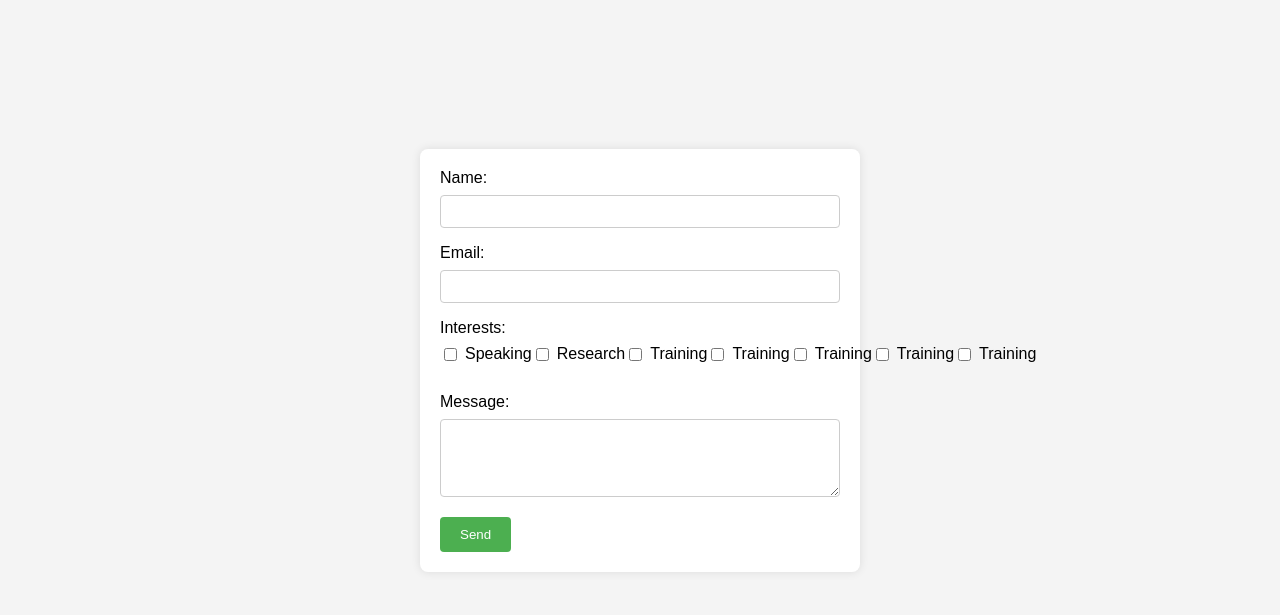
Repository: Ceasor7/Karin
Page: test.html
An editor plug-in stored every save of this project. The page is shown before and after the next save, followed by the edit.
The browser window is 1280 px wide. The pictures show the whole page.

Above is the page before, as saved 2023-12-16 00:40:55.

### test.html
<!DOCTYPE html>
<html lang="en">

<head>
    <meta charset="UTF-8">
    <meta name="viewport" content="width=device-width, initial-scale=1.0">
    <title>Contact Form</title>
    <style>
        body {
            font-family: Arial, sans-serif;
            background-color: #f4f4f4;
            margin: 0;
            padding: 0;
            display: flex;
            justify-content: center;
            align-items: center;
            height: 100vh;
        }

        form {
            background-color: #fff;
            padding: 20px;
            border-radius: 8px;
            box-shadow: 0 0 10px rgba(0, 0, 0, 0.1);
            width: 400px;
            max-width: 100%;
        }

        label {
            display: block;
            margin-bottom: 8px;
        }

        input,
        textarea {
            width: 100%;
            padding: 8px;
            margin-bottom: 16px;
            box-sizing: border-box;
            border: 1px solid #ccc;
            border-radius: 4px;
        }

        /* Align checkboxes horizontally */
        .checkbox-group {
            display: flex;
            margin-bottom: 16px;
        }

        input[type="checkbox"] {
            margin-right: 8px;
        }

        button {
            background-color: #4caf50;
            color: #fff;
            padding: 10px 20px;
            border: none;
            border-radius: 4px;
            cursor: pointer;
        }

        button:hover {
            background-color: #45a049;
        }
    </style>
</head>

<body>

    <form action="#" method="post">
        <label for="name">Name:</label>
        <input type="text" id="name" name="name" required>

        <label for="email">Email:</label>
        <input type="email" id="email" name="email" required>

        <label>Interests:</label>
        <div class="checkbox-group">
            <input type="checkbox" id="speaking" name="interests[]" value="speaking">
            <label for="speaking">Speaking</label>

            <input type="checkbox" id="research" name="interests[]" value="research">
            <label for="research">Research</label>

            <input type="checkbox" id="training" name="interests[]" value="training">
            <label for="training">Training</label>
            <br>

            <input type="checkbox" id="training" name="interests[]" value="training">
            <label for="training">Training</label>

            <input type="checkbox" id="training" name="interests[]" value="training">
            <label for="training">Training</label>

            <input type="checkbox" id="training" name="interests[]" value="training">
            <label for="training">Training</label>

            <input type="checkbox" id="training" name="interests[]" value="training">
            <label for="training">Training</label>
        </div>

        <label for="message">Message:</label>
        <textarea id="message" name="message" rows="4" required></textarea>

        <button type="submit">Send</button>
    </form>

</body>

</html>

After the next save:
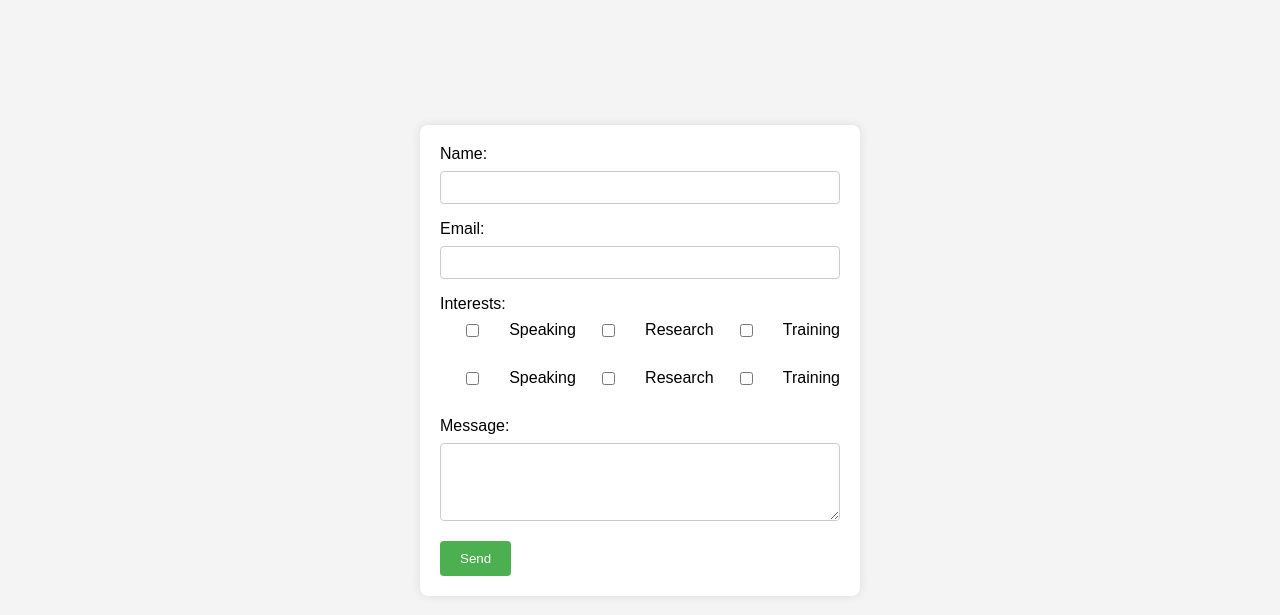
Saved 59 s later.
--- a/test.html
+++ b/test.html
@@ -85,20 +85,18 @@
 
             <input type="checkbox" id="training" name="interests[]" value="training">
             <label for="training">Training</label>
-            <br>
+        </div>
+        <div class="checkbox-group">
+            <input type="checkbox" id="speaking" name="interests[]" value="speaking">
+            <label for="speaking">Speaking</label>
 
-            <input type="checkbox" id="training" name="interests[]" value="training">
-            <label for="training">Training</label>
-
-            <input type="checkbox" id="training" name="interests[]" value="training">
-            <label for="training">Training</label>
-
-            <input type="checkbox" id="training" name="interests[]" value="training">
-            <label for="training">Training</label>
+            <input type="checkbox" id="research" name="interests[]" value="research">
+            <label for="research">Research</label>
 
             <input type="checkbox" id="training" name="interests[]" value="training">
             <label for="training">Training</label>
         </div>
+
 
         <label for="message">Message:</label>
         <textarea id="message" name="message" rows="4" required></textarea>
